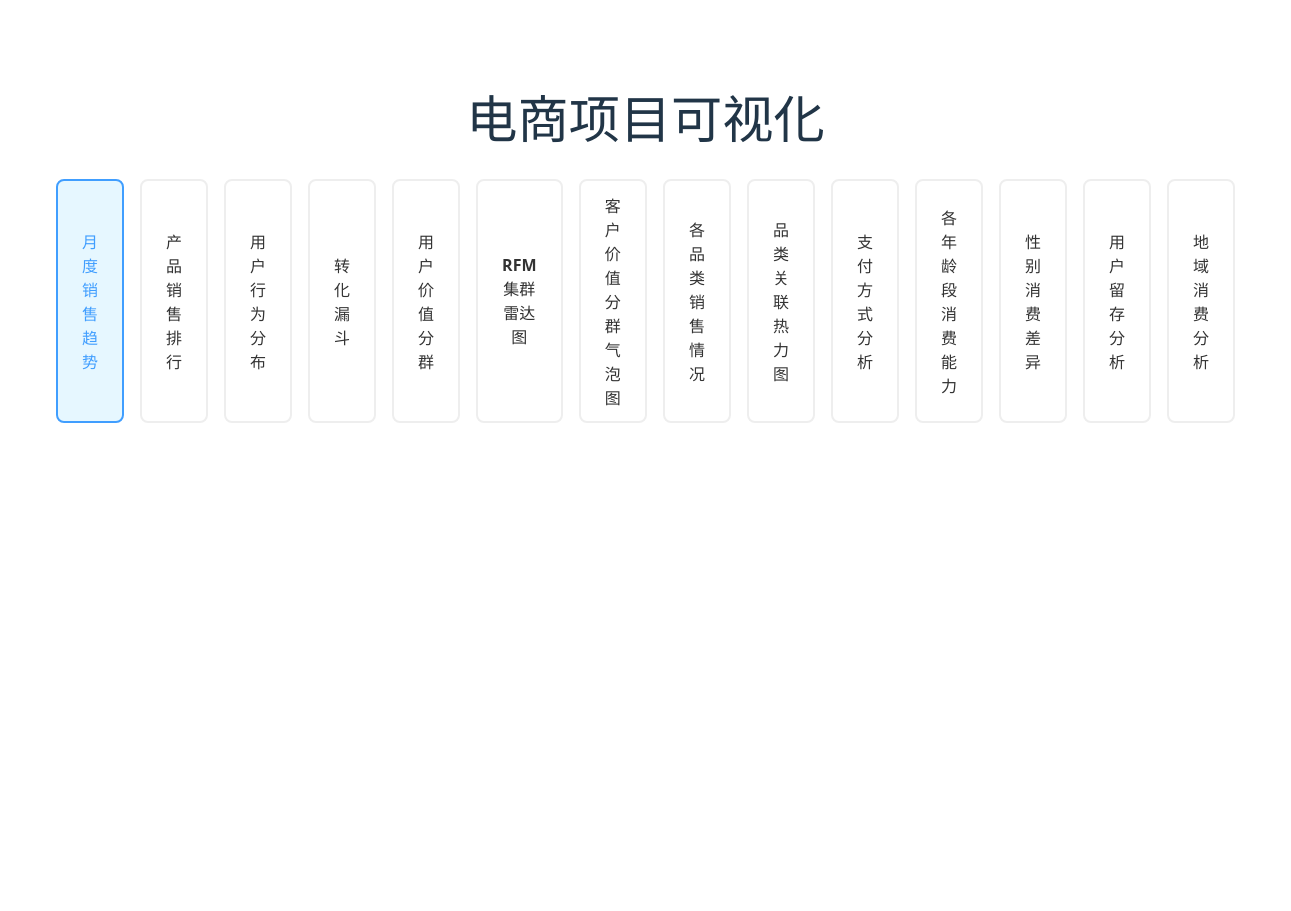
Repository: sakimi-9/DPV-EC
Page: / (app in src/rendering/)
An editor plug-in stored every save of this project. The page is shown before and after the next save, followed by the edit.
The browser window is 1280 px wide. The page is 1291 px wide, so the pictures cover 1291 px, including what lies to the right of the window. The pictures show the whole page.
The page's requests for data from a server got no answer. The project was rebuilt for these pictures with package versions that can differ from the ones it lists, and the page was loaded fresh each time. No one was signed in, and anything a server would have sent is missing. Also part of the build but not shown: src/rendering/vite.config.ts, src/rendering/src/views/ProductRank.vue, src/rendering/src/views/UserBehavior.vue, src/rendering/src/views/Funnel.vue, src/rendering/src/views/RFMScatter.vue, src/rendering/src/views/RFMRadar.vue, src/rendering/src/views/RFMBubble.vue, src/rendering/src/views/CategorySales.vue and 6 more.

Above is the page before, as saved 2025-06-25 23:38:40.

### src/rendering/src/App.vue
<template>
  <div style="padding: 24px;">
    <h1 style="text-align:center; margin-bottom: 32px;">电商项目可视化</h1>
    <div style="display: flex; justify-content: center; gap: 16px; margin-bottom: 32px;">
      <button v-for="(tab, idx) in tabs" :key="tab.key" :style="{
        padding: '12px 24px',
        border: idx === activeTab ? '2px solid #409EFF' : '2px solid #eee',
        borderRadius: '8px',
        background: idx === activeTab ? '#e6f7ff' : '#fff',
        color: idx === activeTab ? '#409EFF' : '#333',
        fontWeight: 'bold',
        cursor: 'pointer'
      }" @click="activeTab = idx">
        {{ tab.label }}
      </button>
    </div>
    <component :is="tabs[activeTab].component" />
  </div>
</template>

<script setup lang="ts">
import { ref } from 'vue'
import SalesTrend from './views/SalesTrend.vue'
import ProductRank from './views/ProductRank.vue'
import UserBehavior from './views/UserBehavior.vue'
import Funnel from './views/Funnel.vue'
import RFMScatter from './views/RFMScatter.vue'
import RFMRadar from './views/RFMRadar.vue'
import RFMBubble from './views/RFMBubble.vue'
import CategorySales from './views/CategorySales.vue'
import CategoryHeatmap from './views/CategoryHeatmap.vue'
import PaymentAnalysis from './views/PaymentAnalysis.vue'
import AgeConsumption from './views/AgeConsumption.vue'
import GenderConsumption from './views/GenderConsumption.vue'
import UserRetention from './views/UserRetention.vue'
import RegionConsumption from './views/RegionConsumption.vue'

const tabs = [
  { key: 'sales', label: '月度销售趋势', component: SalesTrend },
  { key: 'product', label: '产品销售排行', component: ProductRank },
  { key: 'behavior', label: '用户行为分布', component: UserBehavior },
  { key: 'funnel', label: '转化漏斗', component: Funnel },
  { key: 'rfm_scatter', label: '用户价值分群', component: RFMScatter },
  { key: 'rfm_radar', label: 'RFM集群雷达图', component: RFMRadar },
  { key: 'rfm_bubble', label: '客户价值分群气泡图', component: RFMBubble },
  { key: 'category_sales', label: '各品类销售情况', component: CategorySales },
  { key: 'category_heatmap', label: '品类关联热力图', component: CategoryHeatmap },
  { key: 'payment', label: '支付方式分析', component: PaymentAnalysis },
  { key: 'age', label: '各年龄段消费能力', component: AgeConsumption },
  { key: 'gender', label: '性别消费差异', component: GenderConsumption },
  { key: 'retention', label: '用户留存分析', component: UserRetention },
  { key: 'region', label: '地域消费分析', component: RegionConsumption }
]
const activeTab = ref(0)
</script>

### src/rendering/src/views/SalesTrend.vue
<template>
    <EchartBase :option="option" height="400px" />
</template>

<script setup lang="ts">
import { ref, onMounted } from 'vue'
import EchartBase from '../components/EchartBase.vue'

const option = ref({})

function getMonth(dateStr: string) {
    return dateStr.slice(0, 7)
}

onMounted(async () => {
    try {
        const [ordersRes, orderItemsRes] = await Promise.all([
            fetch('/orders.json'),
            fetch('/order_items.json')
        ])
        if (!ordersRes.ok || !orderItemsRes.ok) throw new Error('数据文件未找到')
        const orders = await ordersRes.json()
        const orderItems = await orderItemsRes.json()
        // 计算每个订单金额
        const orderAmount: Record<string, number> = {}
        orderItems.forEach((item: any) => {
            orderAmount[item.order_id] = (orderAmount[item.order_id] || 0) + Number(item.price) * Number(item.quantity)
        })
        // 统计每月销售额
        const monthSales: Record<string, number> = {}
        orders.forEach((o: any) => {
            const m = getMonth(o.order_date)
            monthSales[m] = (monthSales[m] || 0) + (orderAmount[o.order_id] || 0)
        })
        const months = Object.keys(monthSales).sort()
        option.value = {
            title: { text: '月度销售趋势', left: 'center' },
            tooltip: { trigger: 'axis' },
            xAxis: { type: 'category', data: months },
            yAxis: { type: 'value' },
            series: [{ data: months.map(m => monthSales[m]), type: 'line', smooth: true }]
        }
    } catch (e) {
        console.error('月度销售趋势数据加载失败', e)
    }
})
</script>

### src/rendering/src/components/EchartBase.vue
<template>
    <div ref="chartRef" :style="{ width: '100%', height: height }"></div>
</template>

<script setup lang="ts">
import { ref, onMounted, onBeforeUnmount, watch } from 'vue'
import * as echarts from 'echarts'

const props = defineProps({
    option: { type: Object, required: true },
    height: { type: String, default: '400px' }
})

const chartRef = ref<HTMLElement | null>(null)
let chartInstance: echarts.ECharts | null = null

const renderChart = () => {
    if (chartRef.value) {
        if (!chartInstance) {
            chartInstance = echarts.init(chartRef.value)
        }
        chartInstance.setOption(props.option)
    }
}

onMounted(() => {
    renderChart()
    window.addEventListener('resize', resizeChart)
})

onBeforeUnmount(() => {
    if (chartInstance) {
        chartInstance.dispose()
        chartInstance = null
    }
    window.removeEventListener('resize', resizeChart)
})

const resizeChart = () => {
    if (chartInstance) {
        chartInstance.resize()
    }
}

watch(() => props.option, renderChart, { deep: true })
</script>

Loaded but not shown: src/rendering/index.html (common file); src/rendering/src/main.ts (common file); src/rendering/src/style.css (common file)

After the next save:
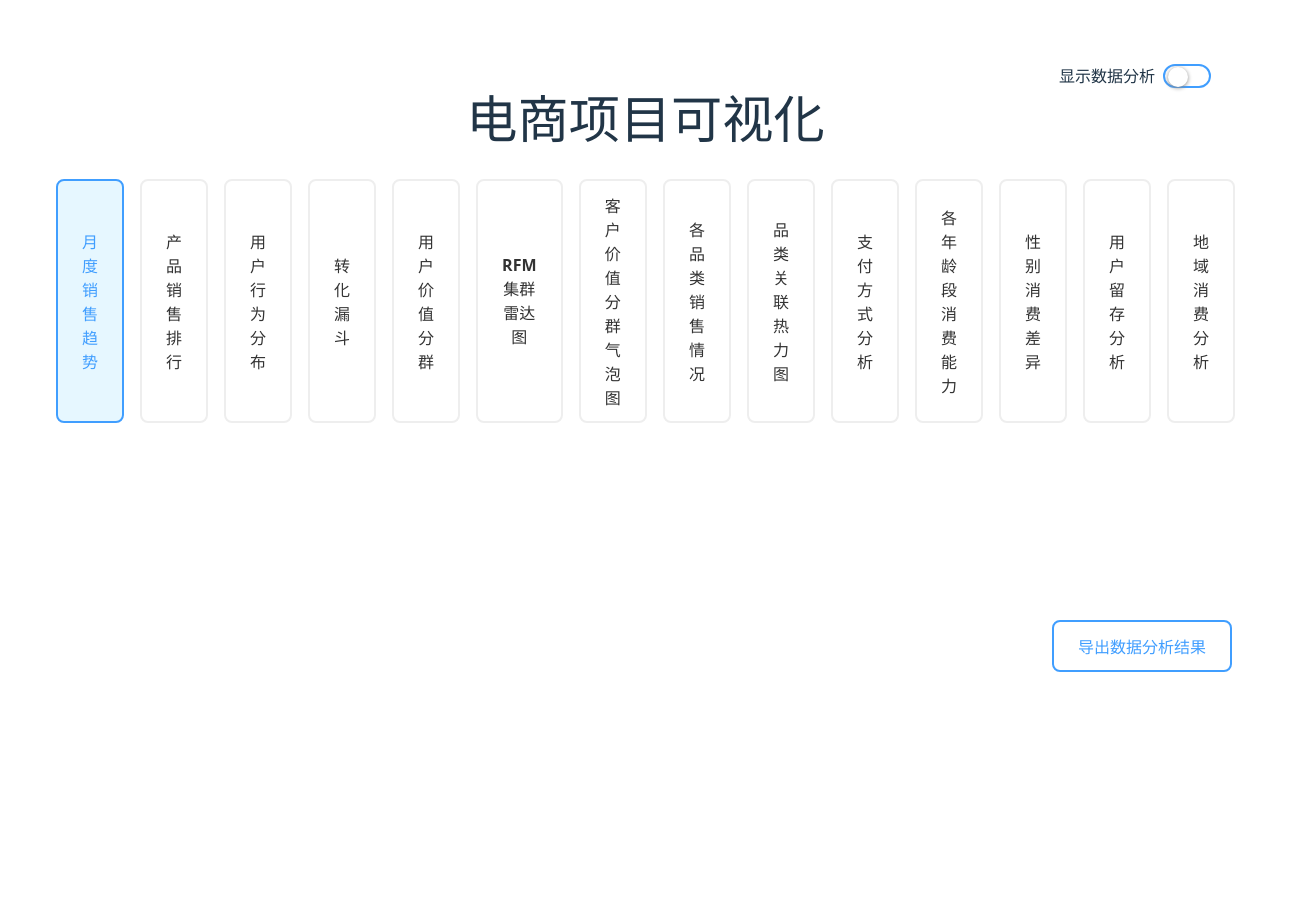
Saved 18 min 25 s later.
--- a/src/rendering/src/App.vue
+++ b/src/rendering/src/App.vue
@@ -1,6 +1,22 @@
 <template>
-  <div style="padding: 24px;">
+  <div style="padding: 24px; position: relative; min-height: 100vh;">
     <h1 style="text-align:center; margin-bottom: 32px;">电商项目可视化</h1>
+    <!-- 右上角显示数据分析开关 -->
+    <div style="position: absolute; top: 32px; right: 48px; z-index: 10; display: flex; align-items: center; gap: 8px;">
+      <span>显示数据分析</span>
+      <button @click="showAnalysis = !showAnalysis" :style="{
+        width: '48px', height: '24px', borderRadius: '12px', border: '2px solid #409EFF', background: showAnalysis ? '#409EFF' : '#fff', position: 'relative', cursor: 'pointer', transition: 'background 0.2s', padding: 0
+      }">
+        <span :style="{
+          display: 'block', width: '20px', height: '20px', borderRadius: '50%', background: '#fff', position: 'absolute', top: '1px', left: showAnalysis ? '25px' : '3px', boxShadow: '0 1px 4px #888', transition: 'left 0.2s'
+        }"></span>
+      </button>
+    </div>
+    <!-- 右下角导出按钮 -->
+    <div style="position: fixed; bottom: 48px; right: 48px; z-index: 10;">
+      <button @click="exportAnalysisImage"
+        style="padding: 12px 24px; border: 2px solid #409EFF; border-radius: 8px; background: #fff; color: #409EFF; font-weight: bold; cursor: pointer;">导出数据分析结果</button>
+    </div>
     <div style="display: flex; justify-content: center; gap: 16px; margin-bottom: 32px;">
       <button v-for="(tab, idx) in tabs" :key="tab.key" :style="{
         padding: '12px 24px',
@@ -15,6 +31,11 @@
       </button>
     </div>
     <component :is="tabs[activeTab].component" />
+    <!-- 黑框数据分析文本 -->
+    <div v-if="showAnalysis && analysisText[tabs[activeTab].key]"
+      style="margin: 32px auto 0; max-width: 900px; background: #222; color: #fff; border-radius: 12px; padding: 24px 32px; font-size: 18px; font-family: 'Microsoft YaHei', sans-serif; box-shadow: 0 2px 12px #0002;">
+      <div v-html="analysisText[tabs[activeTab].key]" />
+    </div>
   </div>
 </template>
 
@@ -52,4 +73,28 @@ const tabs = [
   { key: 'region', label: '地域消费分析', component: RegionConsumption }
 ]
 const activeTab = ref(0)
+const showAnalysis = ref(false)
+
+// 分析文本内容
+const analysisText: Record<string, string> = {
+  sales: `<b>结论：</b>2022 年 2 月销售低谷，3 月回升，全年整体销售相对平稳。<br><b>建议：</b>2 月（春节前后）推出"春节不打烊"活动，保障供应与服务；3 月延续营销热度，用春季节日（如女神节）活动巩固增长；日常关注销售平稳期的用户需求，用主题活动（如每月会员日）拉动消费。`,
+  product: `<b>结论：</b>母婴用品、电子产品在前 20 销售排行中占比高，是核心畅销品类。<br><b>建议：</b>扩充核心品类 SKU（如母婴新系列、电子产品升级款）；围绕这些品类打造"爆款专区"，搭配营销活动。`,
+  behavior: `<b>结论：</b>浏览行为占主导，下单行为占比低，需提升转化效率。<br><b>建议：</b>通过优质内容（如测评、场景化展示）优化浏览体验；设置浏览后弹窗优惠、下单返现等活动，刺激下单转化。`,
+  funnel: `<b>结论：</b>从浏览到加购、加购到下单均有流失，下单环节是关键转化卡点。<br><b>建议：</b>优化商品详情页（如突出卖点、简化信息）降低浏览-加购流失；加购后推送限时优惠、库存提醒，推动下单。`,
+  rfm_scatter: `<b>结论：</b>集群 3 分布广但价值待挖掘，集群 1 集中体现高价值特征。<br><b>建议：</b>对集群 3 进行分层运营，筛选有潜力客群推送定制化优惠；集群 1 持续维护，深化高价值互动。`,
+  rfm_bubble: `<b>结论：</b>消费频率、金额与最近消费存在关联，部分客群消费频率高但金额低，需挖掘潜力。<br><b>建议：</b>高频低额客群，推荐高性价比组合商品；低频高额客群，用专属服务、限量商品提升粘性。`,
+  rfm_radar: `<b>结论：</b>集群 1 最近消费、消费金额、频率均优（高价值客群）；集群 3 消费频率、金额弱（需唤醒客群）。<br><b>建议：</b>集群 1 提供专属权益（如 VIP 服务、高端新品优先购）；集群 3 推送优惠券、爆款活动，刺激复购。`,
+  category_sales: `<b>结论：</b>电子产品销售额领先，图书、母婴用品等品类销售额相对低。<br><b>建议：</b>加大电子产品推广，拓展高端、潮流品类；针对低销售额品类，挖掘细分爆款（如儿童图书礼盒、母婴刚需品组合）。`,
+  category_heatmap: `<b>结论：</b>食品与多品类关联度高，电子产品、运动户外等品类间也存在较强消费关联。<br><b>建议：</b>基于关联度做组合营销（如食品+家居用品套餐）；在关联品类页面做交叉推荐，提升客单价。`,
+  payment: `<b>结论：</b>支付宝、微信为主要支付方式，银行卡、花呗占比相对低。<br><b>建议：</b>保障主流支付渠道流畅；针对银行卡、花呗用户，推出支付满减、分期免息活动，引导使用。`,
+  age: `<b>结论：</b>18 岁以下消费能力低，18 岁及以上各年龄段消费能力相对均衡。<br><b>建议：</b>针对 18 岁以下群体推出低客单价专属商品/套餐；18 岁及以上群体，依据品类偏好做精准营销。`,
+  gender: `<b>结论：</b>男性与女性人均消费金额相近，性别对人均消费影响小。<br><b>建议：</b>无需针对性别差异调整定价，可统一聚焦品类、营销活动吸引消费。`,
+  retention: `<b>结论：</b>2022 年 7-12 月新用户首月留存高，次月起留存波动下降，9 月新用户后期留存下滑更明显。<br><b>建议：</b>首月通过福利、优质服务强化体验；次月起用个性化推荐、专属活动（如老客回流券）提升留存；重点优化 9 月新用户留存策略，分析流失原因。`,
+  region: `<b>结论：</b>成都、武汉等城市消费额高，北京、深圳相对靠后但仍具规模。<br><b>建议：</b>在高消费额城市办线下快闪、城市专属活动；针对北京、深圳，结合当地消费偏好（如高端、科技类商品）做营销。`
+}
+
+function exportAnalysisImage() {
+  // 预留导出图片逻辑，后续补充
+  alert('导出功能待补充图片后实现')
+}
 </script>
